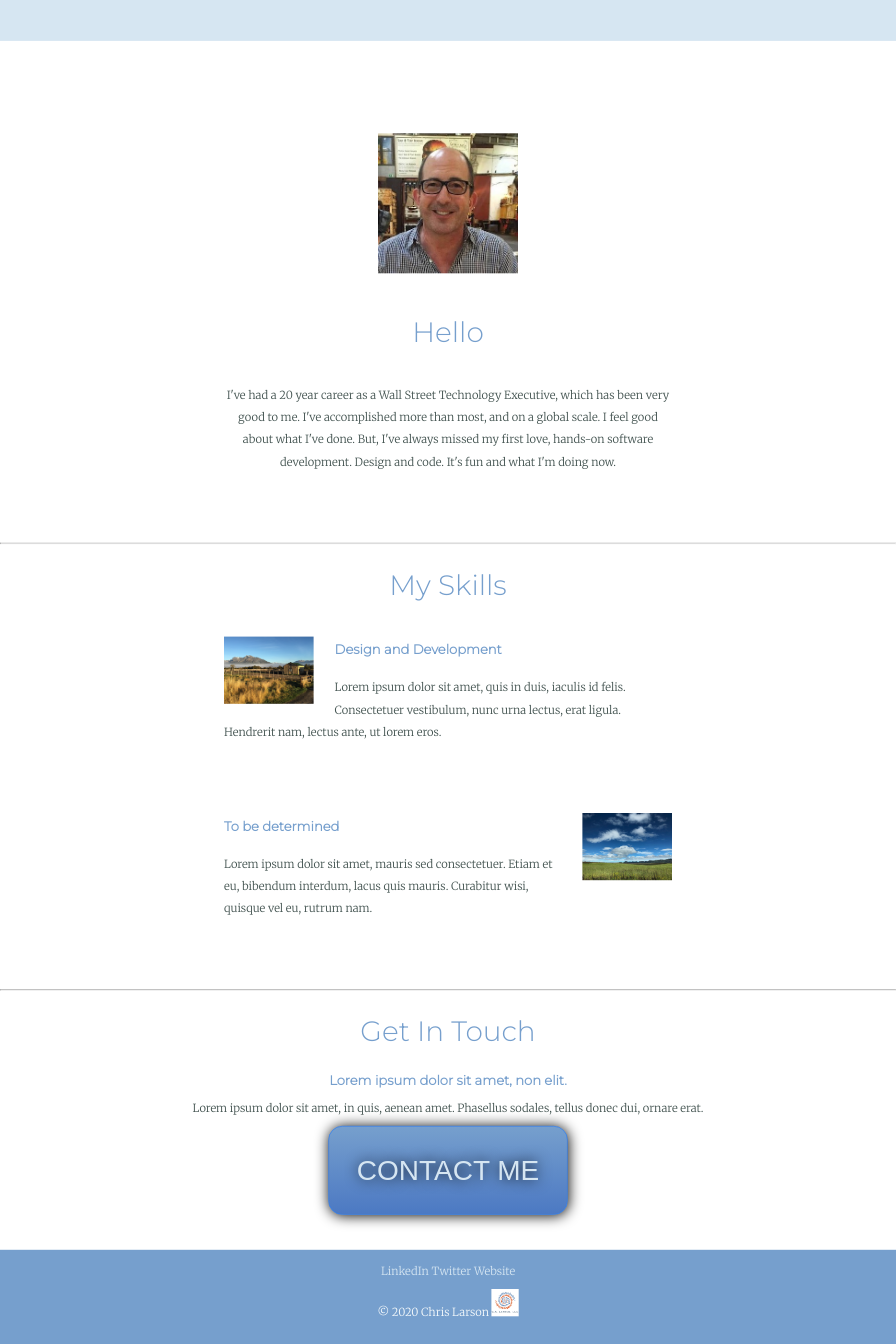
Repository: EpiTao-LLC/Personal_web_page
Page: index.html
These files come from the project's save history. The page is drawn as it stood at one moment and after the next save; the edit follows.
The browser window is 1280 px wide. The pictures show the part of the page from y = 1019 to 2939 px (the page is 2939 px tall before and 2857 px after), at 70% of full size.

Above is the page before, as saved 2020-05-21 19:04:31.

After the next save:
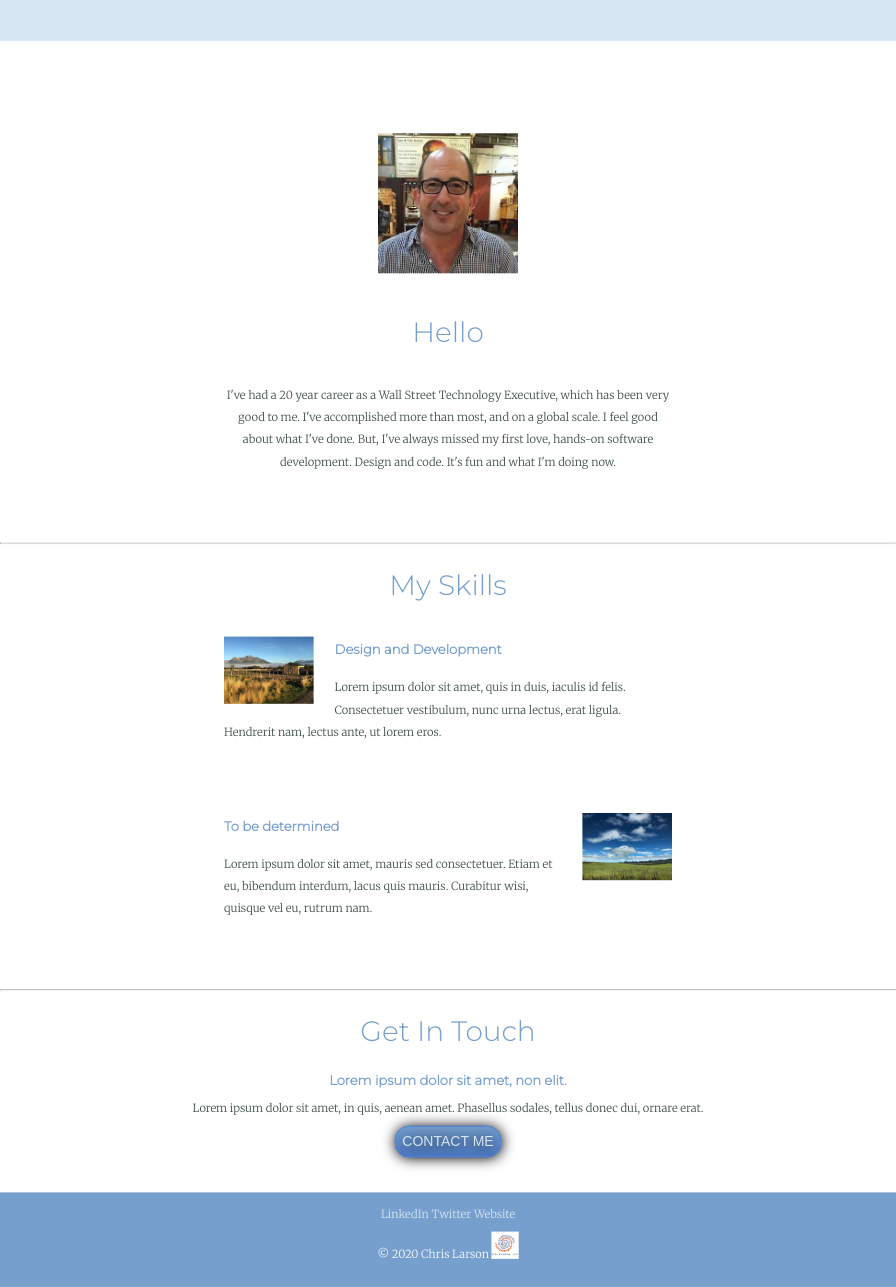
Saved 13 min 28 s later.
--- a/css/styles.css
+++ b/css/styles.css
@@ -70,9 +70,9 @@ a:link {
     border-radius: 20px;
     color: #FFFFFF;
     font-family: sans-serif;
-    font-size: 40px;
+    font-size: 20px;
     font-weight: 100;
-    padding: 40px;
+    padding: 10px;
     box-shadow: 1px 1px 20px 0px #000000;
     -webkit-box-shadow: 1px 1px 20px 0px #000000;
     -moz-box-shadow: 1px 1px 20px 0px #000000;
